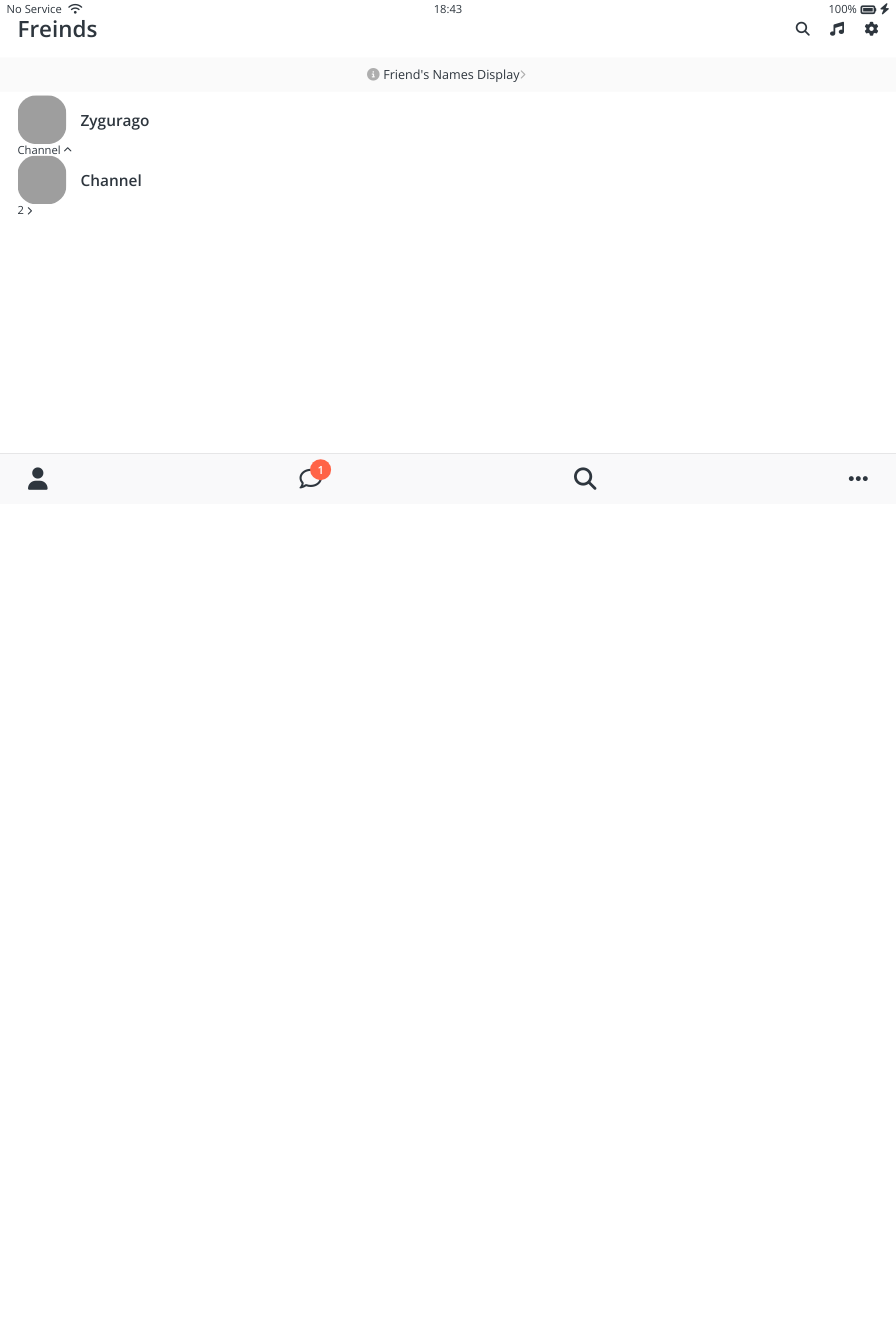
Repository: mocusura12/kokoa-clone-2020
Page: friends.html
The author's editor kept a copy of each file at every save. The page is drawn from the files as they stood at one save, then again after the next save.
The browser window is 1280 px wide. The pictures show the part of the page from y = 0 to 1920 px (the page is 7200 px tall), at 70% of full size.
Pictures or frames that could not be fetched are drawn as grey boxes. Some web libraries are served in a nearby version.

Above is the page before, as saved 2022-02-23 22:30:05.

### friends.html
<!DOCTYPE html>
<html lang="en">
  <head>
    <link rel="stylesheet" href="css/styles.css" />
    <meta charset="UTF-8" />
    <meta http-equiv="X-UA-Compatible" content="IE=edge" />
    <meta name="viewport" content="width=device-width, initial-scale=1.0" />
    <title>Friends - Kokoa Clone</title>
  </head>
  <body>
    <div class="status-bar">
      <div class="status-bar__column">
        <span>No Service</span>
        <i class="fas fa-wifi"></i>
      </div>
      <div class="status-bar__column">
        <span>18:43</span>
      </div>
      <div class="status-bar__column">
        <span>100%</span>
        <i class="fas fa-battery-full fa-lg"></i>
        <i class="fas fa-bolt"></i>
      </div>
    </div>
    <header class="screen-header">
      <h1 class="screen-header__title">Freinds</h1>
      <div class="screen-header__icons">
        <span><i class="fas fa-search fa-lg"></i></span>
        <span><i class="fas fa-music fa-lg"></i></span>
        <span><i class="fas fa-cog fa-lg"></i></span>
      </div>
    </header>

    <a id="friends-display-link">
      <i class="fas fa-info-circle"></i>Friend's Names Display<i
        class="fas fa-chevron-right fa-xs"
      ></i>
    </a>

    <main class="friends-screen">
      <div class="user-component">
        <div class="user-component__column">
          <img
            src="https://avatars.githubusercontent.com/u/3612017"
            class="user-component__avatar"
          />
          <div class="user-component__text">
            <h4 class="user-component__title">Zygurago</h4>
            <!--<h6 class="user-component__subtitle">this text whatever</h6>-->
          </div>
        </div>
        <div class="user-component__column"></div>
      </div>
      <div class="friends-screen__channel">
        <div class="friends-screen__channel-header">
          <span>Channel</span>
          <i class="fas fa-chevron-up fa-xs"></i>
        </div>
        <div class="user-component">
          <div class="user-component__column">
            <img
              src="https://avatars.githubusercontent.com/u/3612017"
              class="user-component__avatar user-component__avatar--sm"
            />
            <div class="user-component__text">
              <h4 class="user-component__title">Channel</h4>
              <!--<h6 class="user-component__subtitle">this text whatever</h6>-->
            </div>
          </div>
          <div class="user-component__column">
            <span>2</span>
            <i class="fas fa-chevron-right fa-xs"></i>
          </div>
        </div>
      </div>
    </main>

    <nav class="nav">
      <ul class="nav__list">
        <li class="nav__btn">
          <a class="nav__link" href="friends.html"
            ><i class="fas fa-user fa-2x"></i
          ></a>
        </li>
        <li class="nav__btn">
          <a class="nav__link" href="#">
            <span class="nav__notification">1</span>
            <i class="far fa-comment fa-2x"></i>
          </a>
        </li>
        <li class="nav__btn">
          <a class="nav__link" href="#"><i class="fas fa-search fa-2x"></i></a>
        </li>
        <li class="nav__btn">
          <a class="nav__link" href="#"
            ><i class="fas fa-ellipsis-h fa-2x"></i
          ></a>
        </li>
      </ul>
    </nav>

    <script
      src="https://kit.fontawesome.com/6478f529f2.js"
      crossorigin="anonymous"
    ></script>
  </body>
</html>

### css/styles.css
@import url("https://fonts.googleapis.com/css2?family=Open+Sans:wght@400;600&display=swap");
@import "reset.css";
@import "variables.css";
/*Components*/
@import "components/status-bar.css";
@import "components/nav-bar.css";
@import "components/screen-header.css";
@import "components/user-component.css";
/*Screens*/
@import "screens/login.css";
@import "screens/friends.css";

body {
  font-family: "Open Sans", sans-serif;
  height: 1000vh;
  color: #2e363e;
}

### css/components/status-bar.css
.status-bar {
  position: fixed;
  top: 0;
  width: 100%;
  display: flex;
  justify-content: center;
  padding: 5px 3px;
  box-sizing: border-box;
}

.status-bar__column {
  width: 33%;
}

.status-bar__column:first-child span {
  margin-right: 5px;
}

.status-bar__column:nth-child(2) {
  display: flex;
  justify-content: center;
}

.status-bar__column:last-child {
  display: flex;
  justify-content: flex-end;
  align-items: center;
}

.status-bar__column .fa-battery-full {
  margin: 0px 5px;
}

### css/components/nav-bar.css
.nav {
  position: fixed;
  bottom: 0;
  width: 100%;
  background-color: #f9f9fa;
  padding: 20px 40px;
  box-sizing: border-box;
  border-top: 1px solid rgba(121, 121, 121, 0.3);
}

.nav__list {
  display: flex;
  justify-content: space-between;
}

.nav__link {
  position: relative;
  color: #2e363e;
}

.nav__notification {
  background-color: tomato;
  width: 30px;
  height: 30px;
  border-radius: 15px;
  display: flex;
  justify-content: center;
  align-items: center;
  color: white;
  font-weight: 600;
  position: absolute;
  left: 15px;
  bottom: 15px;
}

### css/components/user-component.css
.user-component .user-component__column:first-child {
  display: flex;
  align-items: center;
}

.user-component__avatar {
  width: 70px;
  height: 70px;
  border-radius: 27px;
  margin-right: 20px;
}

.user-component__title {
  font-weight: 600;
  font-size: 22px;
}

.user-component__subtitle {
  margin-top: 8px;
  font-size: 17px;
  color: rgba(0, 0, 0, 0.5);
}

.user-component__avatar--xl {
  width: 80px;
  height: 80px;
  border-radius: 30px;
  margin-right: 20px;
}

.user-component__avatar--xl {
  width: 60px;
  height: 60px;
  border-radius: 25px;
}

### css/screens/login.css
.welcome-header {
  margin: 90px 0px;
  text-align: center;
  display: flex;
  flex-direction: column;
  align-items: center;
  font-weight: 600;
}

.welcome-header__title {
  margin-bottom: 30px;
  font-size: 25px;
}

.welcome-header__text {
  width: 60%;
  opacity: 0.7;
}

#login-form {
  display: flex;
  flex-direction: column;
  margin: 0px 30px;
}

#login-form input {
  border: none;
  padding: 15px 0px;
  font-size: 18px;
  margin-bottom: 25px;
}

#login-form input:not([type="submit"]) {
  border-bottom: 1px solid rgba(0, 0, 0, 0.2);
  transition: border-color 0.3s ease-in-out;
}

#login-form input::placeholder {
  color: rgba(0, 0, 0, 0.4);
}

#login-form input:focus {
  border-color: var(--yellow);
}

#login-form input[type="submit"] {
  background-color: var(--yellow);
  cursor: pointer;
  padding: 20px 0px;
  border-radius: 5px;
}

#login-form a {
  text-align: center;
  text-decoration: none;
  color: inherit;
  font-size: 13px;
}

### css/screens/friends.css
#friends-display-link {
  text-align: center;
  display: block;
  background-color: #fafafa;
  padding: 15px 0px;
  font-size: 18px;
  margin-bottom: 5px;
}

#friends-display-link i {
  color: rgba(0, 0, 0, 0.3);
  margin-right: 5px;
}

.friends-screen {
  padding: 0px var(--horizontal-space);
}

Loaded but not shown: css/reset.css (common file); css/variables.css (common file); css/components/screen-header.css (common file)

After the next save:
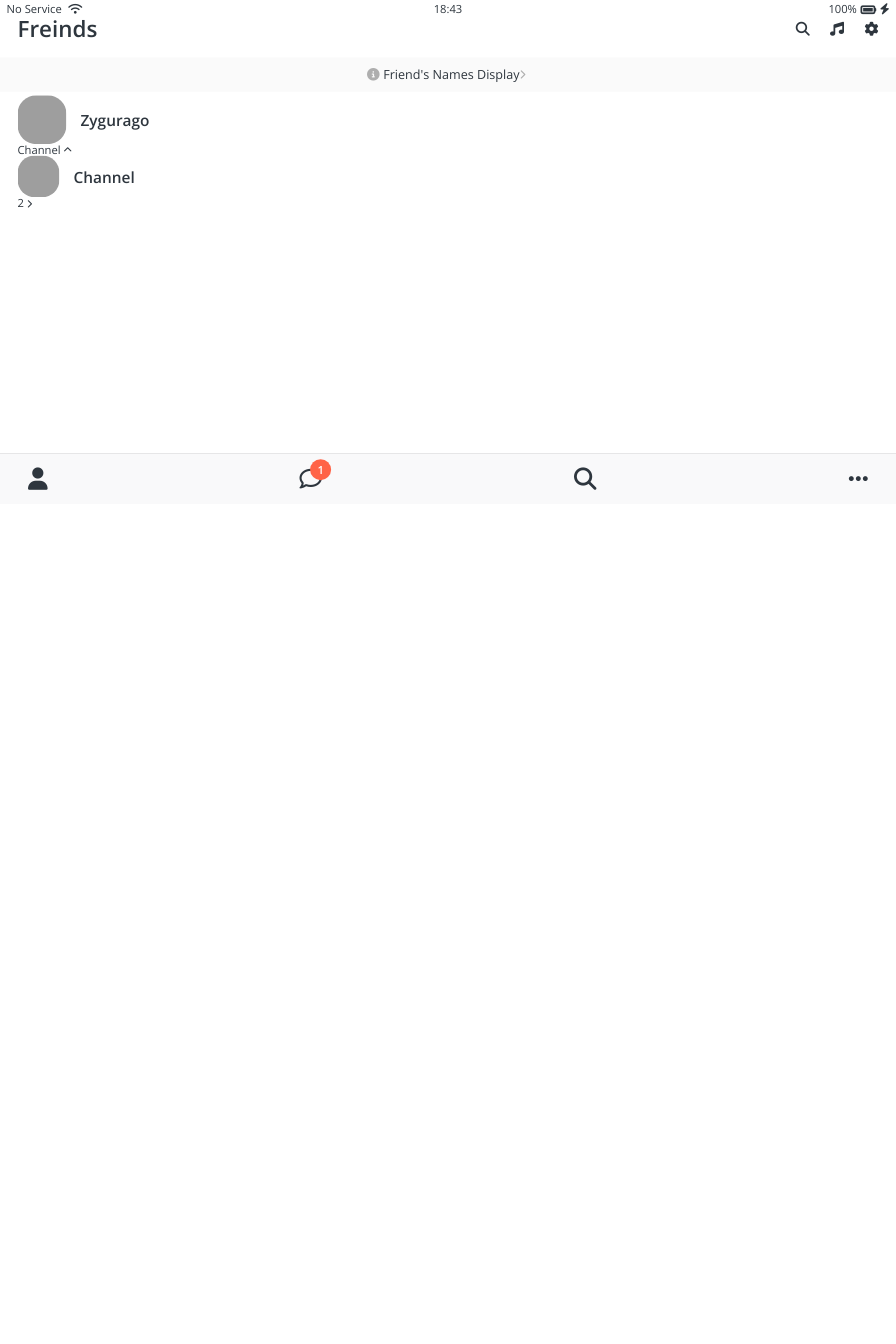
Saved 21 s later.
--- a/css/components/user-component.css
+++ b/css/components/user-component.css
@@ -28,7 +28,7 @@
   margin-right: 20px;
 }
 
-.user-component__avatar--xl {
+.user-component__avatar--sm {
   width: 60px;
   height: 60px;
   border-radius: 25px;
